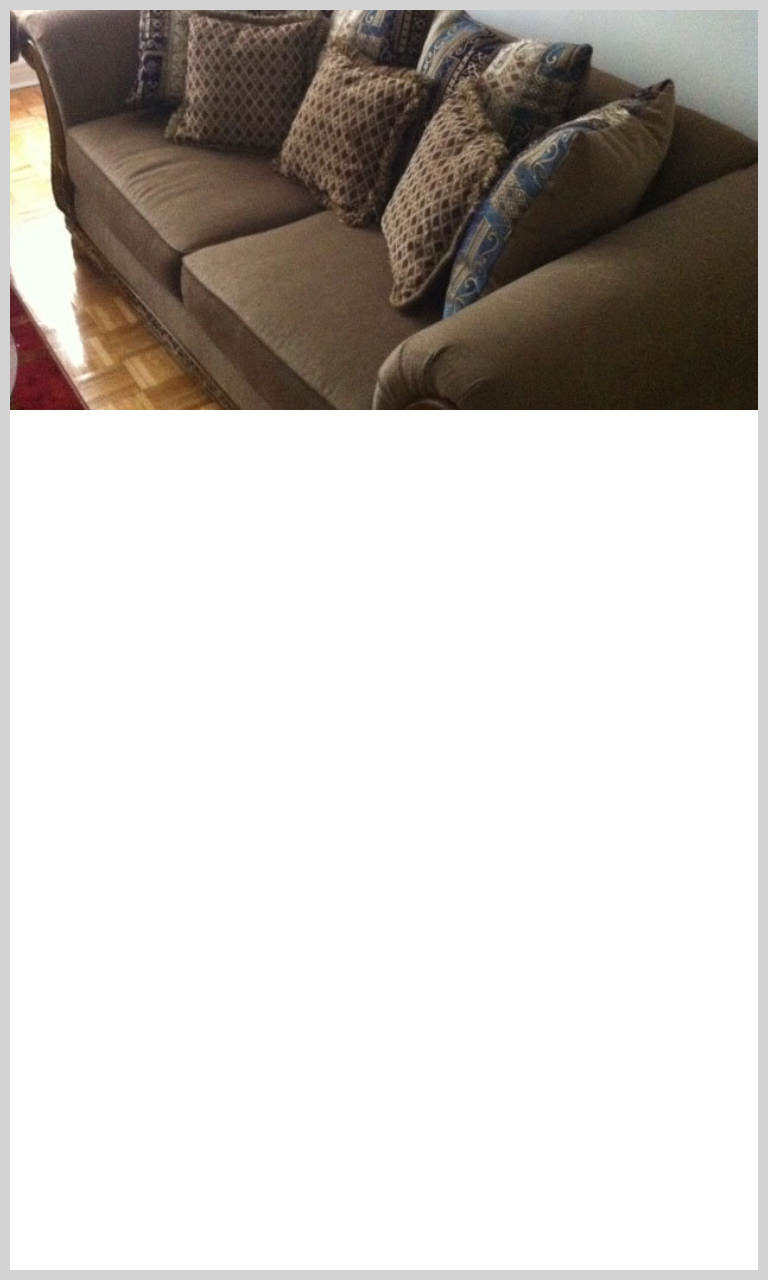
Repository: specialFX16/College-List
Layout: AndroidApp/CollegeList/res/layout/list_view_card.xml
An editor plug-in stored every save of this project. The layout is shown before and after the next save, followed by the edit.
It is drawn on a 768 x 1280 px phone screen (xhdpi) without system bars, with theme AppTheme; the app's code is not run.

Above is the layout before, as saved 2015-03-03 02:50:10.

After the next save:
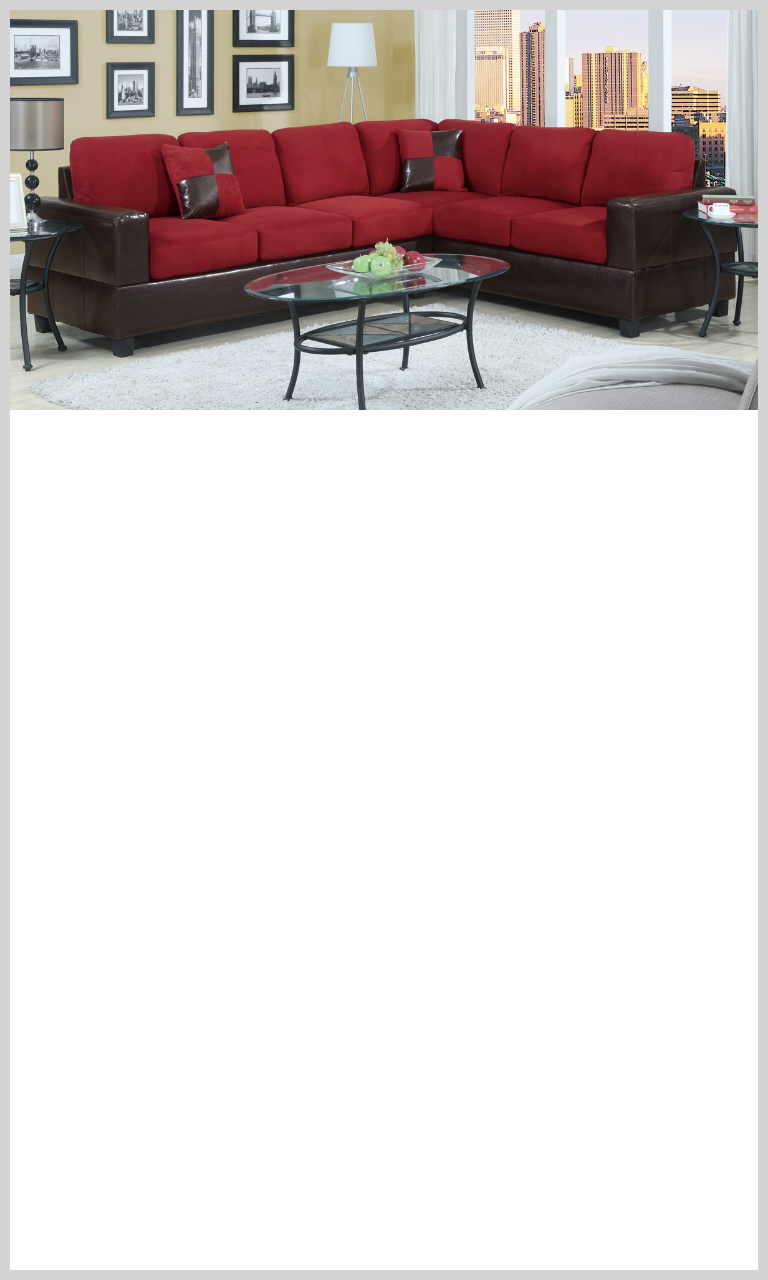
Saved 9 s later.
--- a/AndroidApp/CollegeList/res/layout/list_view_card.xml
+++ b/AndroidApp/CollegeList/res/layout/list_view_card.xml
@@ -21,7 +21,7 @@
             android:layout_height="200dp"
             android:layout_alignParentTop="true"
             android:layout_centerHorizontal="true"
-            android:src="@drawable/test_couch4"
+            android:src="@drawable/test_couch5"
             android:adjustViewBounds="true"
             android:scaleType="centerCrop"
             />
